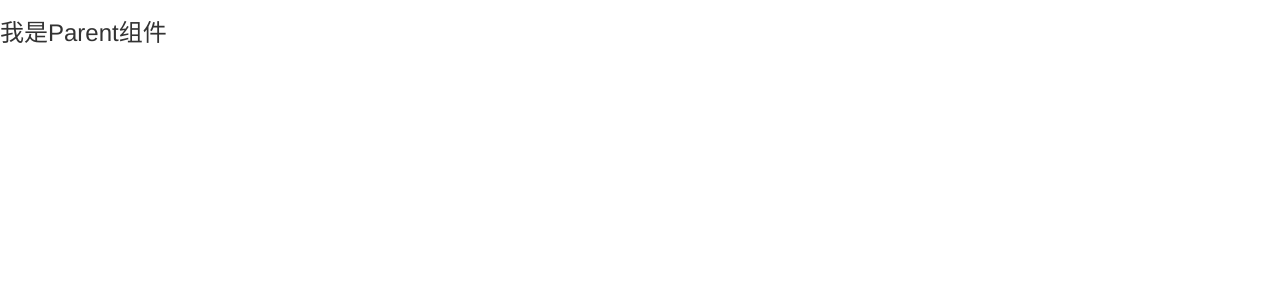
Repository: JinYiGao/ReactLearning
Page: / (app in 14.React脚手架/react_extension/)
These files come from the project's save history. The page is drawn as it stood at one moment and after the next save; the edit follows.
The browser window is 1280 px wide. The pictures show the whole page.
The project was rebuilt for these pictures with package versions that can differ from the ones it lists, and the page was loaded fresh each time.

Above is the page before, as saved 2022-04-13 00:02:44.

### 14.React脚手架/react_extension/public/index.html
<!--
 * @Descripttion:
 * @version:
 * @Author: JinYiGao
 * @Date: 2022-04-12 21:41:28
 * @LastEditors: JinYiGao
 * @LastEditTime: 2022-04-12 22:15:20
-->
<!DOCTYPE html>
<html lang="en">
  <head>
    <meta charset="utf-8" />
    <link rel="icon" href="%PUBLIC_URL%/favicon.ico" />
    <meta name="viewport" content="width=device-width, initial-scale=1" />
    <meta name="theme-color" content="#000000" />
    <meta
      name="description"
      content="Web site created using create-react-app"
    />
    <link rel="apple-touch-icon" href="%PUBLIC_URL%/logo192.png" />
    <!--
      manifest.json provides metadata used when your web app is installed on a
      user's mobile device or desktop. See https://developers.google.com/web/fundamentals/web-app-manifest/
    -->
    <link rel="manifest" href="%PUBLIC_URL%/manifest.json" />
    <!--
      Notice the use of %PUBLIC_URL% in the tags above.
      It will be replaced with the URL of the `public` folder during the build.
      Only files inside the `public` folder can be referenced from the HTML.

      Unlike "/favicon.ico" or "favicon.ico", "%PUBLIC_URL%/favicon.ico" will
      work correctly both with client-side routing and a non-root public URL.
      Learn how to configure a non-root public URL by running `npm run build`.
    -->
    <title>React App</title>
    <link rel="stylesheet" href="/css/bootstrap.css">
  </head>
  <body>
    <noscript>You need to enable JavaScript to run this app.</noscript>
    <div id="root"></div>
    <!--
      This HTML file is a template.
      If you open it directly in the browser, you will see an empty page.

      You can add webfonts, meta tags, or analytics to this file.
      The build step will place the bundled scripts into the <body> tag.

      To begin the development, run `npm start` or `yarn start`.
      To create a production bundle, use `npm run build` or `yarn build`.
    -->
  </body>
</html>

### 14.React脚手架/react_extension/src/index.js
/*
 * @Descripttion:
 * @version:
 * @Author: JinYiGao
 * @Date: 2022-04-12 21:41:28
 * @LastEditors: JinYiGao
 * @LastEditTime: 2022-04-12 22:06:10
 */
import {createRoot} from 'react-dom/client'
import { BrowserRouter } from 'react-router-dom';
import App from './App'

const root = createRoot(document.getElementById('root'));
root.render(<BrowserRouter><App></App></BrowserRouter>);

### 14.React脚手架/react_extension/src/App.js
/*
 * @Descripttion:
 * @version:
 * @Author: JinYiGao
 * @Date: 2022-04-12 21:41:28
 * @LastEditors: JinYiGao
 * @LastEditTime: 2022-04-13 00:02:14
 */
import React, { Component } from 'react'
import Parent from './components/7_render_props'
// import Frag from './components/4_Fragment'
// import A from './components/5_Context'
// import Parent from './components/6_optimizes'
// import Hooks from './components/3_hooks'
// import Demo from './components/1_setState'
// import LazyLoad from './components/2_lazyLoad'

export default class App extends Component {
  render() {
    return (
      <div>
        {/* <Demo add={100}></Demo> */}
        {/* <LazyLoad></LazyLoad> */}
        {/* <Hooks></Hooks> */}
        {/* <Frag></Frag> */}
        {/* <A></A> */}
        {/* <Parent></Parent> */}
        <Parent></Parent>
      </div>
    )
  }
}

### 14.React脚手架/react_extension/src/components/7_render_props/index.jsx
/*
 * @Descripttion:
 * @version:
 * @Author: JinYiGao
 * @Date: 2022-04-12 23:37:34
 * @LastEditors: JinYiGao
 * @LastEditTime: 2022-04-13 00:01:50
 */
import React, { Component } from 'react'

export default class Parent extends Component {
  state = {carName: '奔驰'}
  render() {
    return (
      <div>
          <h3>我是Parent组件</h3>
      </div>
    )
  }

  changeCar = ()=>{
      this.setState({carName: this.state.carName + '1'});
  }
}

class A extends Component {
  render() {
    return (
      <div>
          <h3>我是A组件</h3>

      </div>
    )
  }
}

class B extends Component {
  render() {
    return (
      <div>
          <h3>我是B组件</h3>
      </div>
    )
  }
}

Loaded but not shown: 14.React脚手架/react_extension/public/css/bootstrap.css (library)

After the next save:
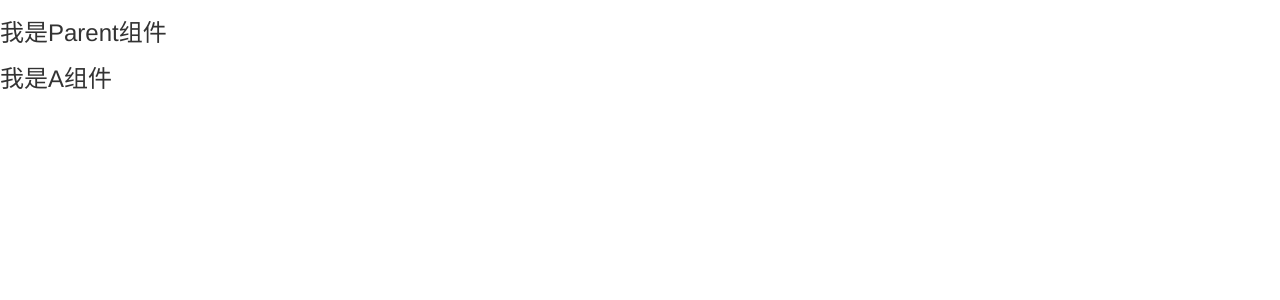
Saved 15 s later.
--- a/14.React脚手架/react_extension/src/components/7_render_props/index.jsx
+++ b/14.React脚手架/react_extension/src/components/7_render_props/index.jsx
@@ -4,7 +4,7 @@
  * @Author: JinYiGao
  * @Date: 2022-04-12 23:37:34
  * @LastEditors: JinYiGao
- * @LastEditTime: 2022-04-13 00:01:50
+ * @LastEditTime: 2022-04-13 00:02:59
  */
 import React, { Component } from 'react'
 
@@ -14,6 +14,7 @@ export default class Parent extends Component {
     return (
       <div>
           <h3>我是Parent组件</h3>
+          <A>hello!</A>
       </div>
     )
   }
